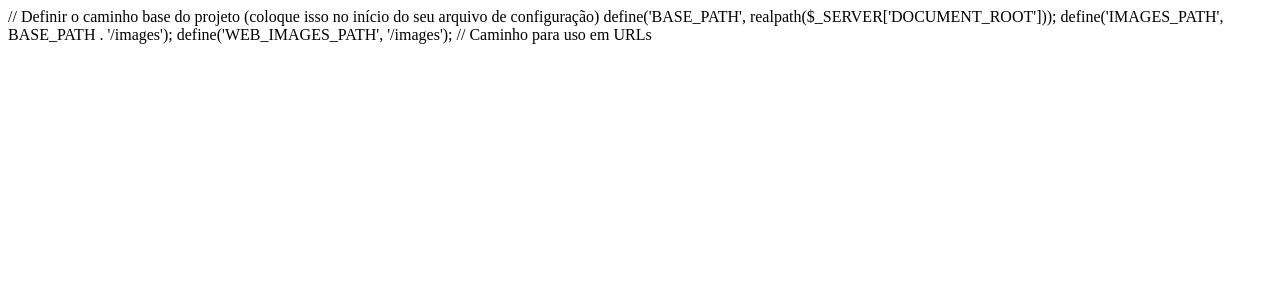
Repository: thisux1/CGTEC
Page: http://localhost/CGTEC/pages/config.php
These files come from the project's save history. The page is drawn as it stood at one moment and after a run of saves; the edit follows.
The browser window is 1280 px wide. The pictures show the whole page.
The page is run by PHP 8.4 with error messages shown; the project is at /var/www/html/.

Above is the page before, as saved 2024-10-26 06:34:14.

### STUDY-IA/STUDY-IA-v1/pages/config.php
// Definir o caminho base do projeto (coloque isso no início do seu arquivo de configuração)
define('BASE_PATH', realpath($_SERVER['DOCUMENT_ROOT']));
define('IMAGES_PATH', BASE_PATH . '/images');
define('WEB_IMAGES_PATH', '/images'); // Caminho para uso em URLs

After the next 5 saves:
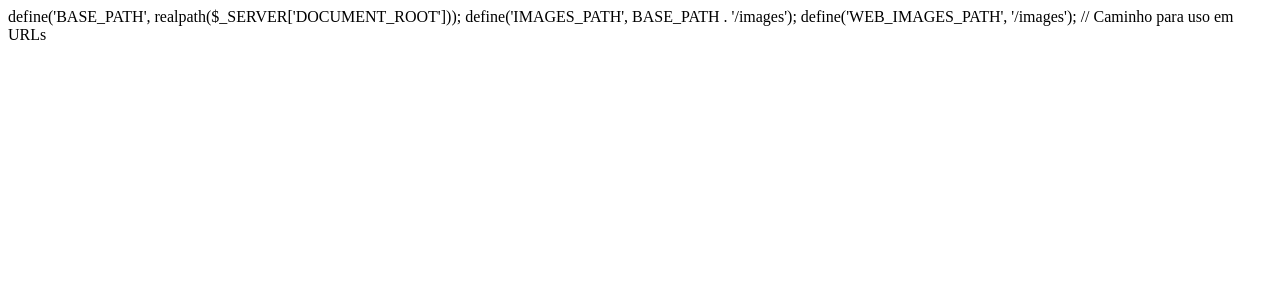
The 5 saves are shown as one change because they came seconds apart.
The last was saved 17 s later.
--- a/STUDY-IA/STUDY-IA-v1/pages/config.php
+++ b/STUDY-IA/STUDY-IA-v1/pages/config.php
@@ -1,4 +1,6 @@
-// Definir o caminho base do projeto (coloque isso no início do seu arquivo de configuração)
+<php>
+
+</php>
 define('BASE_PATH', realpath($_SERVER['DOCUMENT_ROOT']));
 define('IMAGES_PATH', BASE_PATH . '/images');
 define('WEB_IMAGES_PATH', '/images'); // Caminho para uso em URLs
